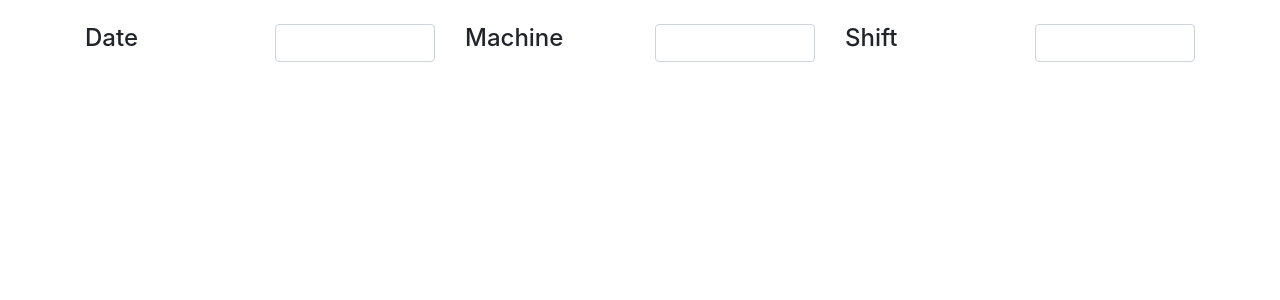
Repository: hisamit97/TVS-Locas
Page: index.html
These files come from the project's save history. The page is drawn as it stood at one moment and after the next save; the edit follows.
The browser window is 1280 px wide. The pictures show the whole page.

Above is the page before, as saved 2020-11-30 12:30:08.

After the next save:
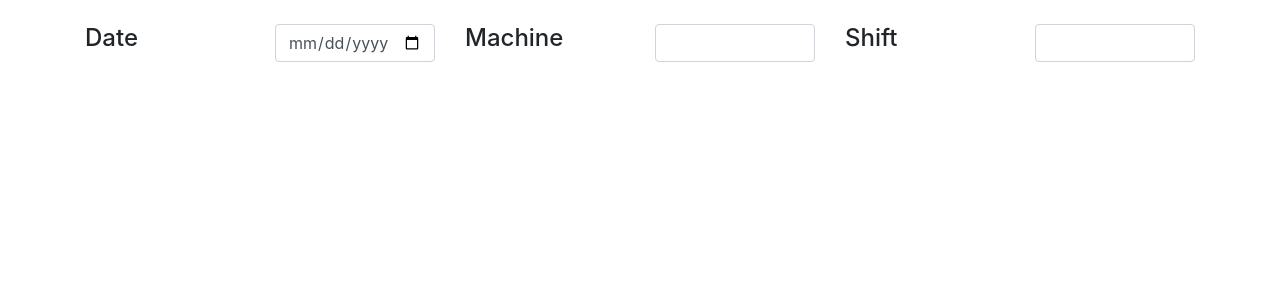
Saved 55 s later.
--- a/index.html
+++ b/index.html
@@ -20,7 +20,7 @@
             <div class="col-md-4">
                 <div class="row">
                     <div class="col-md-6"><h4>Date</h4></div>
-                    <div class="col-md-6"><input type="text" class="form-control"></div>
+                    <div class="col-md-6"><input type="date" class="form-control"></div>
                 </div>
             </div>
             <div class="col-md-4">
